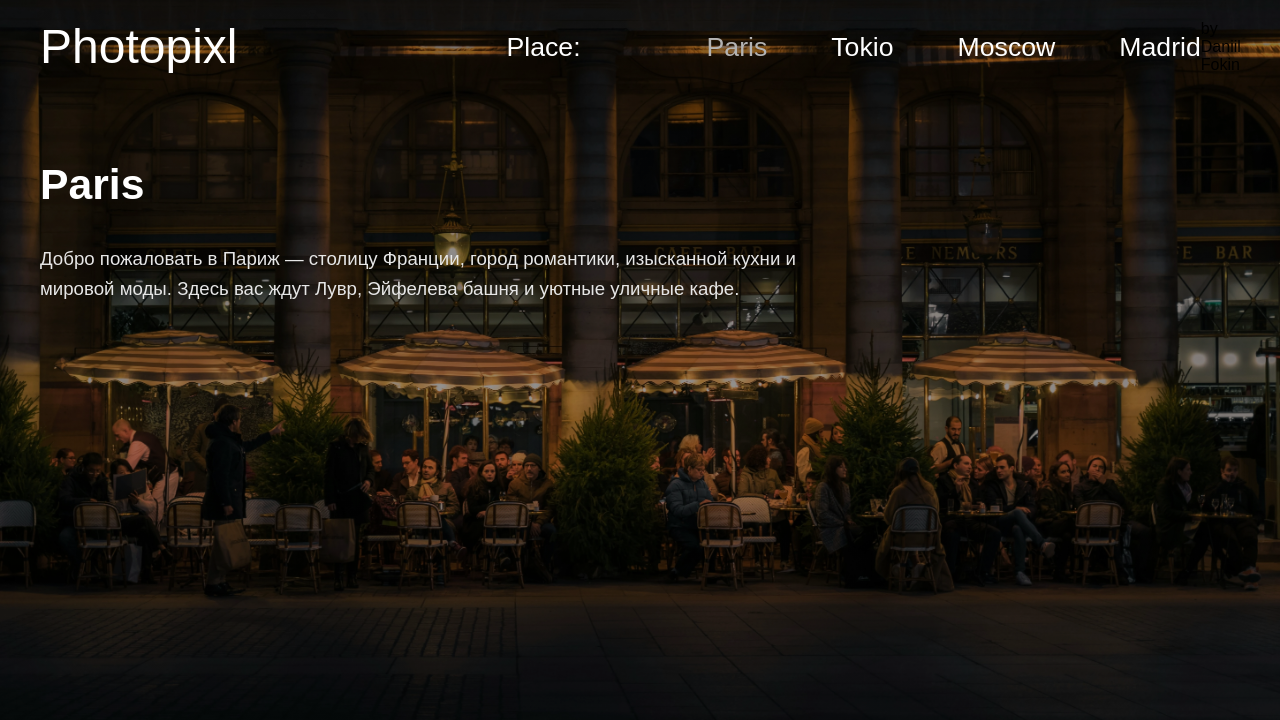
Repository: git-daniil/place-site
Page: index.html
An editor plug-in stored every save of this project. The page is shown before and after the next save, followed by the edit.
The browser window is 1280 px wide. The pictures show the whole page.
Some web fonts or font styles are not loaded; a fallback is used.

Above is the page before, as saved 2026-05-19 19:04:55.

### index.html
<!DOCTYPE html>
<html lang="ru">
<head>
    <meta charset="UTF-8">
    <meta name="viewport" content="width=device-width, initial-scale=1.0">
    <title>Photopixl — Paris</title>
    <link rel="stylesheet" href="style.css">
</head>
<body>

    <nav class="navbar">
        <a href="index.html" class="logo">Photopixl</a>
        <div class="place-label">Place:</div>
        <div class="nav-links">
            <a href="index.html" class="city-link active">Paris</a>
            <a href="tokio.html" class="city-link">Tokio</a>
            <a href="moscow.html" class="city-link">Moscow</a>
            <a href="madrid.html" class="city-link">Madrid</a>
        </div>
        <div class="author-label">by Daniil Fokin</div>
    </nav>

    <section class="paris-bg-1 scroll-section">
        <main class="content-section anim-text">
            <h1>Paris</h1>
            <p>Добро пожаловать в Париж — столицу Франции, город романтики, изысканной кухни и мировой моды. Здесь вас ждут Лувр, Эйфелева башня и уютные уличные кафе.</p>
        </main>
    </section>

    <section class="paris-bg-2 scroll-section">
        <main class="content-section anim-text">
            <h1>Атмосфера старого города</h1>
            <p>Прогуляйтесь по Монмартру, загляните в аутентичные дворики и пройдитесь по тихим мощеным улочкам, где до сих пор витает дух старого Парижа и пахнет свежими круассанами.</p>
        </main>
    </section>

    <section class="paris-bg-3 scroll-section">
        <main class="content-section anim-text">
            <h1>Вечерние огни Сены</h1>
            <p>Когда на город опускаются сумерки, тысячи огней отражаются в воде. Прогулка на речном трамвайчике откроет для вас совершенно другой, магический Париж.</p>
        </main>
    </section>

    <section class="paris-bg-4 scroll-section">
        <main class="content-section anim-text">
            <h1>Сокровища Лувра</h1>
            <p>Один из крупнейших и величайших музеев мира хранит в себе шедевры искусства разных эпох. Проведите день среди великой истории, архитектуры и бессмертных творений.</p>
        </main>
    </section>

    <section class="paris-bg-5 scroll-section">
        <main class="content-section anim-text">
            <h1>Триумфальная арка</h1>
            <p>Величественный монумент на площади Шарля де Голля, ставший символом побед и национальной гордости Франции. Отсюда открывается один из лучших видов на Елисейские поля.</p>
        </main>
    </section>

    <section class="paris-bg-6 scroll-section">
        <main class="content-section anim-text">
            <h1>Эйфелева башня</h1>
            <p>Главный и самый узнаваемый символ не только Парижа, но и всей Франции. Её изящный силуэт восхищает в любое время суток, а вечерняя иллюминация создает ощущение настоящей сказки.</p>
        </main>
    </section>

    <section class="paris-bg-7 scroll-section">
        <main class="content-section anim-text">
            <h1>Парижский туман</h1>
            <p>Загадочные окутанные дымкой улочки раскрывают меланхоличную и кинематографичную сторону города. В такие моменты Париж кажется особенно уединенным и поэтичным.</p>
        </main>
    </section>

    <section class="paris-bg-8 scroll-section thanks-section">
        <div class="thanks-text anim-text">
            Спасибо за внимание
        </div>
    </section>

    <script {nonce}>
        let currentSection = 0;
        const sections = document.querySelectorAll('.scroll-section');
        let isScrolling = false;

        window.addEventListener('wheel', function(e) {
            e.preventDefault();

            if (isScrolling) return;
            if (Math.abs(e.deltaY) < 60) return;

            isScrolling = true;

            if (e.deltaY > 0) {
                if (currentSection < sections.length - 1) currentSection++;
            } else {
                if (currentSection > 0) currentSection--;
            }

            sections[currentSection].scrollIntoView({ behavior: 'smooth' });

            setTimeout(() => {
                isScrolling = false;
            }, 1000);
        }, { passive: false });

        const observer = new IntersectionObserver((entries) => {
            entries.forEach(entry => {
                if (entry.isIntersecting) {
                    entry.target.classList.add('visible');
                } else {
                    entry.target.classList.remove('visible');
                }
            });
        }, { threshold: 0.3 });

        document.querySelectorAll('.anim-text').forEach(text => {
            observer.observe(text);
        });
    </script>

</body>
</html>

### style.css
@font-face {
    font-family: 'Gilroy-Regular';
    src: local('Gilroy-Regular'), url('fonts/Gilroy-Regular.woff2') format('woff2');
    font-weight: normal;
    font-style: normal;
}
@font-face {
    font-family: 'Seenonim';
    src: local('Seenonim'), url('fonts/Seenonim.woff2') format('woff2');
    font-weight: normal;
    font-style: normal;
}

html, body {
    margin: 0;
    padding: 0;
    height: 100vh;
    overflow: hidden;
    background-color: #ffffff;
    font-family: Arial, sans-serif;
}

.navbar {
    position: fixed;
    top: 0;
    left: 0;
    right: 0;
    display: flex;
    align-items: center;
    background: none;
    padding: 20px 40px;
    z-index: 10;
}

.logo {
    font-family: 'Gilroy-Regular', sans-serif;
    font-size: 36pt;
    color: #ffffff;
    line-height: 1;
    text-decoration: none;
}

.place-label {
    font-family: 'Seenonim', sans-serif;
    font-size: 20pt;
    color: #ffffff;
    margin-left: 269px;
    line-height: 1;
}

.nav-links {
    display: flex;
    margin-left: 126px;
}

.city-link {
    font-family: 'Seenonim', sans-serif;
    font-size: 20pt;
    color: #ffffff;
    text-decoration: none;
    line-height: 1;
}

.city-link.active {
    color: #b3b3b3;
}

.city-link:not(:last-child) {
    margin-right: 64px;
}

.scroll-section {
    background-size: cover;
    background-position: center;
    background-repeat: no-repeat;
    background-attachment: fixed;
    height: 100vh;
    padding-top: 100px;
    box-sizing: border-box;
}

.paris-bg-1 {
    background-image: linear-gradient(rgba(0, 0, 0, 0.4), rgba(0, 0, 0, 0.4)), url('assets/photo/paris/paris-bg.webp');
}

.paris-bg-2 {
    background-image: linear-gradient(rgba(0, 0, 0, 0.4), rgba(0, 0, 0, 0.4)), url('assets/photo/paris/paris1.webp');
}

.paris-bg-3 {
    background-image: linear-gradient(rgba(0, 0, 0, 0.4), rgba(0, 0, 0, 0.4)), url('assets/photo/paris/paris2.webp');
}

.paris-bg-4 {
    background-image: linear-gradient(rgba(0, 0, 0, 0.4), rgba(0, 0, 0, 0.4)), url('assets/photo/paris/paris3.webp');
}

.paris-bg-5 {
    background-image: linear-gradient(rgba(0, 0, 0, 0.4), rgba(0, 0, 0, 0.4)), url('assets/photo/paris/paris4.webp');
}

.paris-bg-6 {
    background-image: linear-gradient(rgba(0, 0, 0, 0.4), rgba(0, 0, 0, 0.4)), url('assets/photo/paris/paris5.webp');
}

.paris-bg-7 {
    background-image: linear-gradient(rgba(0, 0, 0, 0.4), rgba(0, 0, 0, 0.4)), url('assets/photo/paris/paris6.webp');
}

.paris-bg-8 {
    background-image: linear-gradient(rgba(0, 0, 0, 0.5), rgba(0, 0, 0, 0.5)), url('assets/photo/paris/thanks.webp');
}

.thanks-section {
    display: flex;
    justify-content: center;
    align-items: center;
    padding-top: 0;
}

.thanks-text {
    font-family: 'Gilroy-Regular', sans-serif;
    font-size: 48pt;
    color: #ffffff;
    text-align: center;
}

.content-section {
    padding: 60px 40px;
}

.content-section h1 {
    font-size: 32pt;
    margin-top: 0;
    font-family: 'Gilroy-Regular', sans-serif;
    color: #ffffff;
}

.content-section p {
    font-size: 14pt;
    color: #e6e6e6;
    line-height: 1.6;
    max-width: 800px;
}

.anim-text {
    opacity: 0;
    transform: translateY(40px);
    transition: opacity 1s ease, transform 1s ease;
    transition-delay: 0.4s;
}

.anim-text.visible {
    opacity: 1;
    transform: translateY(0);
}

After the next save:
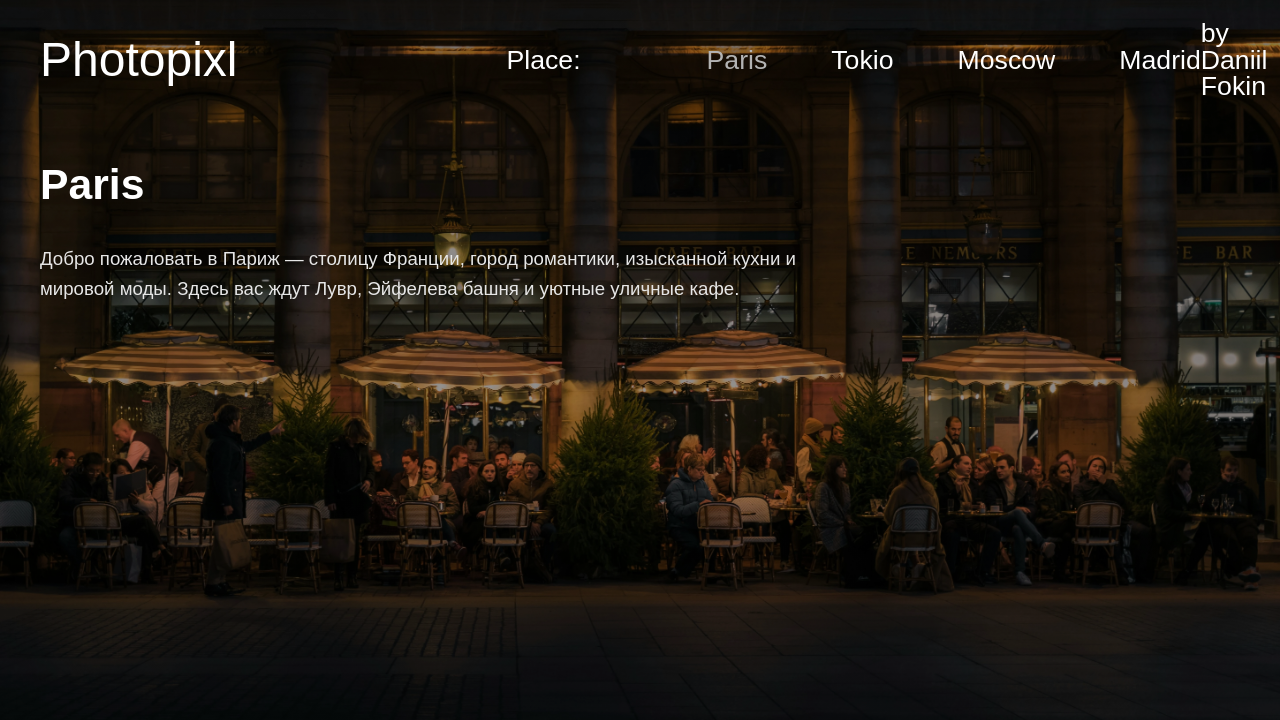
Saved 7 s later.
--- a/style.css
+++ b/style.css
@@ -67,6 +67,14 @@ html, body {
 
 .city-link:not(:last-child) {
     margin-right: 64px;
+}
+
+.author-label {
+    font-family: 'Seenonim', sans-serif;
+    font-size: 20pt;
+    color: #ffffff;
+    line-height: 1;
+    margin-left: auto;
 }
 
 .scroll-section {
